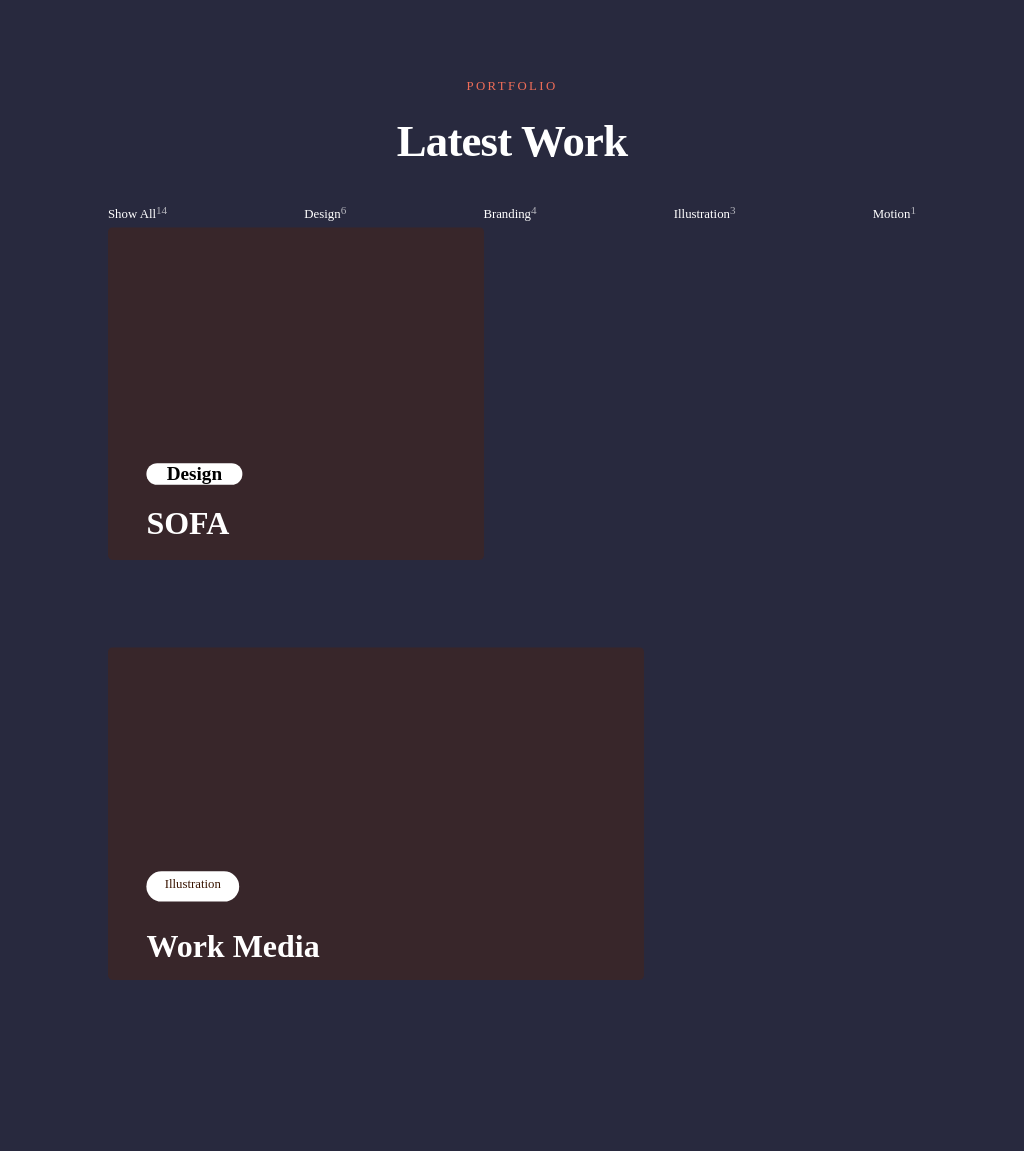
Repository: kubrazamanova/Position-3
Page: index.html
An editor plug-in stored every save of this project. The page is shown before and after the next save, followed by the edit.
The browser window is 1280 px wide. The pictures show the whole page, at 80% of full size.

Above is the page before, as saved 2023-10-21 10:57:36.

### index.html
<!DOCTYPE html>
<html lang="en">
  <head>
    <meta charset="UTF-8" />
    <meta name="viewport" content="width=device-width, initial-scale=1.0" />
    <link rel="stylesheet" href="index.css" />
    <title>Document</title>
  </head>
  <body>
    <div class="container">
      <div class="box-1">
        <h1>Portfolio</h1>
        <b>Latest Work</b>
      </div>

      <div class="number">
        <ul>
          <li>
            <p>Show All</p>
            <b>14</b>
          </li>

          <li>
            <p>Design</p>
            <b>6</b>
          </li>

          <li>
            <p>Branding</p>
            <b>4</b>
          </li>

          <li>
            <p>Illustration</p>
            <b>3</b>
          </li>

          <li>
            <p>Motion</p>
            <b>1</b>
          </li>
        </ul>
      </div>

      <div class="red-box">
        <img src="./image/01.svg" alt="" />
        <h2 class="design">Design</h2>
      </div>

      <div class="red-01">
        <b>SOFA</b>
      </div>

      <div class="bej-square">
        <img src="./image/02.svg" alt="" />
        <h2>Illustration</h2>

        <div class="bej-01">
          <b>Work Media</b>
        </div>
      </div>
    </div>
  </body>
</html>

### index.css
* {
  margin: 0;
  padding: 0;
  box-sizing: border-box;
}

.container {
  padding: 92px 135px 192px 135px;
  min-height: 100vh;
  background: #28293e;
}
.container .box-1 {
  display: flex;
  flex-direction: column;
}

.container .box-1 h1 {
  margin-bottom: 20px;
  color: var(--Text_Light_Accent, #ef6d58);
  text-align: center;
  font-family: Epilogue;
  font-size: 16px;
  font-style: normal;
  font-weight: 400;
  line-height: 32px;
  letter-spacing: 3px;
  text-transform: uppercase;
}

.container .box-1 b {
  color: var(--Text_Light, #fff);
  text-align: center;
  font-feature-settings: "clig" off, "liga" off;
  font-family: Epilogue;
  font-size: 56px;
  font-style: normal;
  font-weight: 800;
  line-height: 64px;
  letter-spacing: -1px;
}

.container .number ul {
  position: relative;
}
.container ul {
  margin-top: 44px;
  display: flex;
  justify-content: space-between;
}

.container ul li {
  display: flex;
  list-style-type: none;
}

.container ul li p {
  color: var(--Text_Light, #fff);
  font-feature-settings: "clig" off, "liga" off;
  font-family: Epilogue;
  font-size: 16px;
  font-style: normal;
  font-weight: 400;
  line-height: 32px;
}

.container ul li b {
  color: var(--Text_Light_Gray, rgba(255, 255, 255, 0.64));
  text-align: center;
  font-feature-settings: "clig" off, "liga" off;
  font-family: Epilogue;
  font-size: 14px;
  font-style: normal;
  font-weight: 400;
  line-height: 24px;
}

.container .red-box h2 {
  position: relative;
  width: 120px;
  border-radius: 25px;
  background: #fff;
  bottom: 123px;
  left: 48px;
  display: flex;
  justify-content: center;
  bottom: 125px;
  left: 48px;
}

.container .red-01 b {
  color: var(--Text_Light, #fff);
  font-feature-settings: "clig" off, "liga" off;
  font-family: Epilogue;
  font-size: 40px;
  font-style: normal;
  font-weight: 800;
  line-height: 48px;
  position: relative;
  bottom: 100px;
  left: 48px;
}

.box-33 {
  position: relative;
}

.bej-square {
  position: relative;
  top: 30px;
}

.bej-square h2 {
  width: 116px;
  height: 38px;
  border-radius: 19px;
  background: #fff;
  color: var(--Text_Dark, #391400);
  font-feature-settings: "clig" off, "liga" off;
  font-family: Epilogue;
  font-size: 16px;
  font-style: normal;
  font-weight: 400;
  line-height: 32px;
  display: flex;
  justify-content: center;
  position: absolute;
  bottom: 150px;
  left: 48px;
}

.bej-square .bej-01 b {
  color: var(--Text_Light, #fff);
  font-feature-settings: "clig" off, "liga" off;
  font-family: Epilogue;
  font-size: 40px;
  font-style: normal;
  font-weight: 800;
  line-height: 48px;
  position: relative;
  bottom: 70px;
  left: 48px;
}

After the next save:
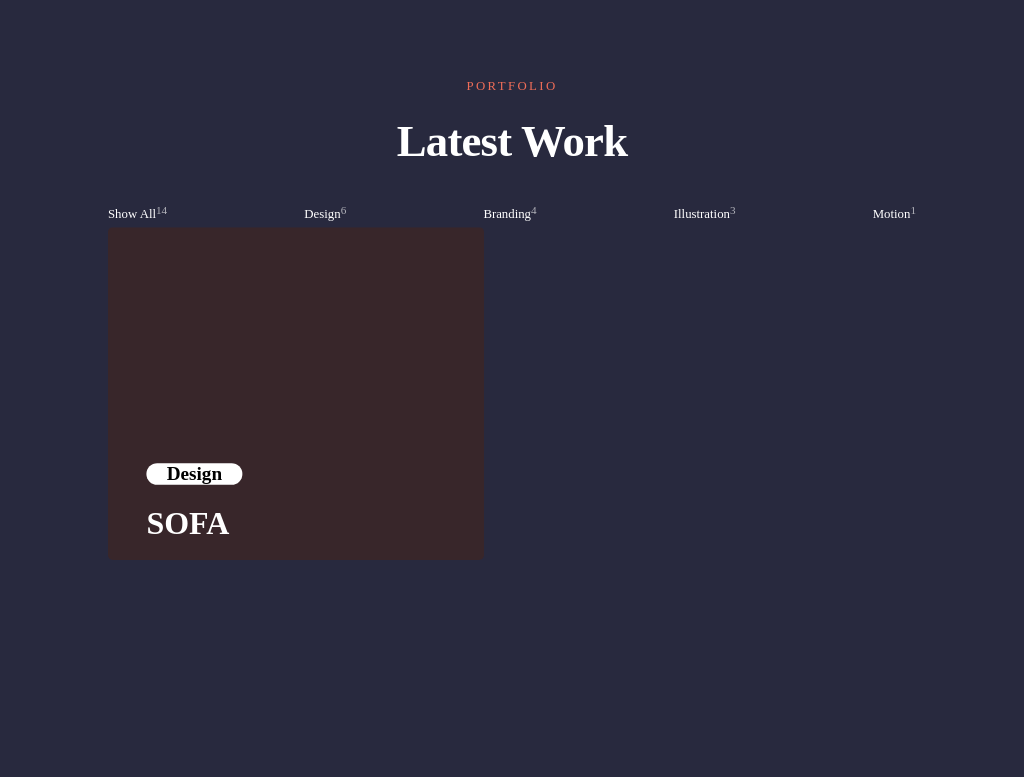
Saved 3 min 21 s later.
--- a/index.html
+++ b/index.html
@@ -50,7 +50,7 @@
       <div class="red-01">
         <b>SOFA</b>
       </div>
-
+<!--
       <div class="bej-square">
         <img src="./image/02.svg" alt="" />
         <h2>Illustration</h2>
@@ -58,7 +58,7 @@
         <div class="bej-01">
           <b>Work Media</b>
         </div>
-      </div>
+      </div> -->
     </div>
   </body>
 </html>
